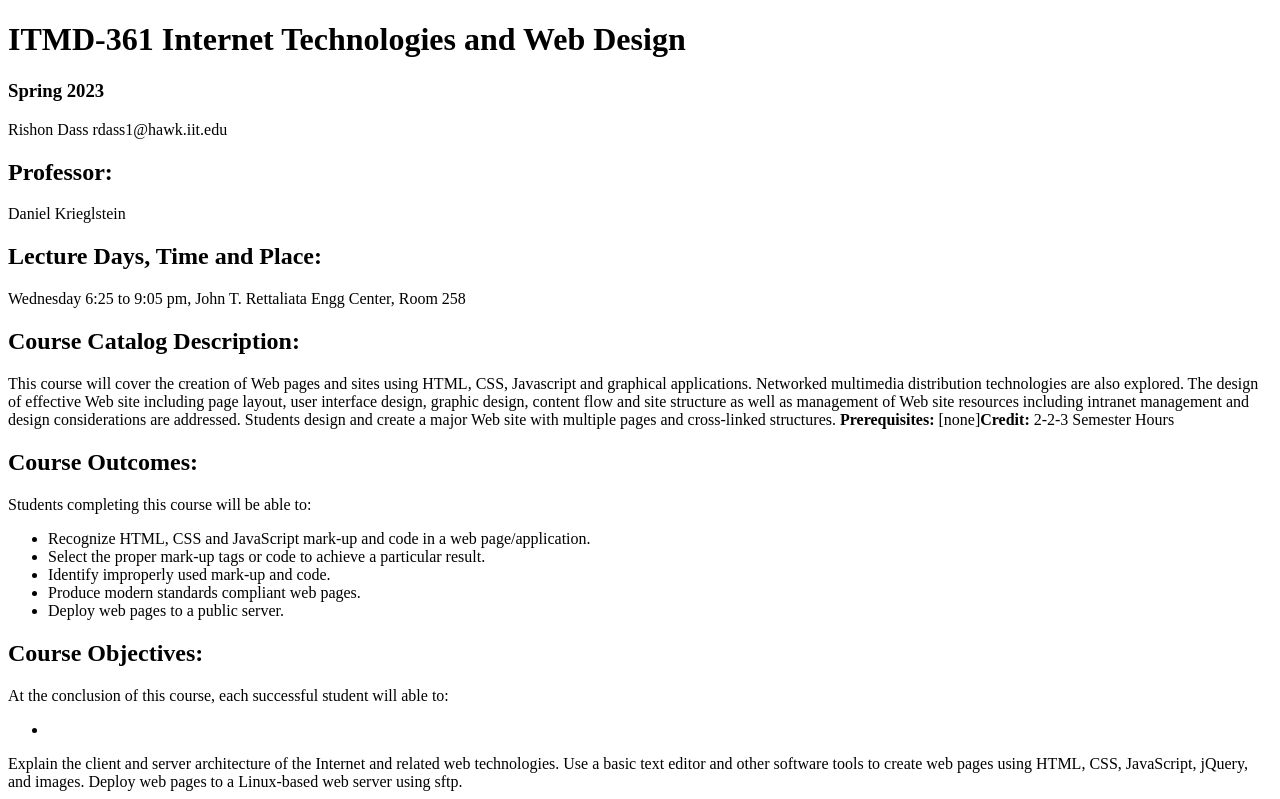
Repository: rishondass/ITMD361-Lab2
Page: lab2raw_text.html
An editor plug-in stored every save of this project. The page is shown before and after a run of saves, followed by the edit.
The browser window is 1280 px wide. The pictures show the whole page.

Above is the page before, as saved 2023-01-13 14:11:30.

### lab2raw_text.html
<!DOCTYPE html>
<html lang="en">
<head>
    <meta charset="UTF-8">
    <meta http-equiv="X-UA-Compatible" content="IE=edge">
    <meta name="viewport" content="width=device-width, initial-scale=1.0">
    <title>ITMD-361 Internet Technologies and Web Design</title>
</head>
<body>
    <h1>
        ITMD-361 Internet Technologies and Web Design
    </h1>
    <h3>
        Spring 2023
    </h3>
    <p>
        Rishon Dass rdass1@hawk.iit.edu
    </p>
    <h2>
        Professor:
    </h2>
    <p>
        Daniel Krieglstein
    </p>
    <h2>
        Lecture Days, Time and Place:
    </h2>
    <p>
        Wednesday 6:25 to 9:05 pm, John T. Rettaliata Engg Center, Room 258
    </p>
    <h2>
        Course Catalog Description:
    </h2>
    <p>
        This course will cover the creation of Web pages and sites using HTML, CSS, Javascript and graphical applications. Networked multimedia distribution technologies are also explored. The design of effective Web site including page layout, user interface design, graphic design, content flow and site structure as well as management of Web site resources including intranet management and design considerations are addressed. Students design and create a major Web site with multiple pages and cross-linked structures. <strong>Prerequisites:</strong> [none]<strong>Credit:</strong> 2-2-3 Semester Hours
    </p>
    <h2>
        Course Outcomes:
    </h2>
    <p>
        Students completing this course will be able to:
    </p>
    <ul>
        <li>Recognize HTML, CSS and JavaScript mark-up and code in a web page/application.</li>
        <li>Select the proper mark-up tags or code to achieve a particular result.</li>
        <li>Identify improperly used mark-up and code.</li>
        <li>Produce modern standards compliant web pages.</li>
        <li>Deploy web pages to a public server.</li>
    </ul>
    <h2>
        Course Objectives:
    </h2>
    <p>
        At the conclusion of this course, each successful student will able to:
    </p>
    <ul>
        <li></li>
    </ul>
</body>
</html>
















Explain the client and server architecture of the Internet and related web technologies.
Use a basic text editor and other software tools to create web pages using HTML, CSS, JavaScript, jQuery, and images.
Deploy web pages to a Linux-based web server using sftp.</li>

After the next 8 saves:
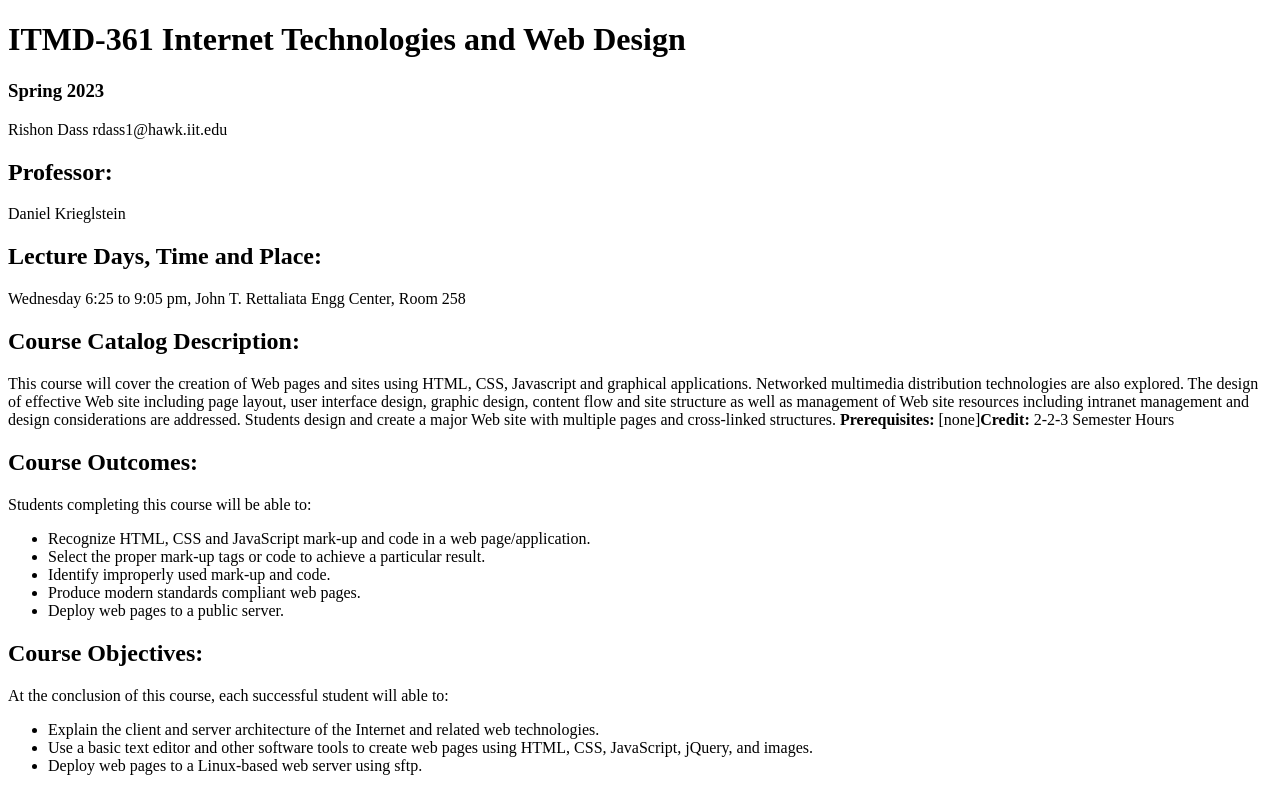
The 8 saves are shown as one change because they came seconds apart.
The last was saved 20 s later.
--- a/lab2raw_text.html
+++ b/lab2raw_text.html
@@ -54,26 +54,9 @@
         At the conclusion of this course, each successful student will able to:
     </p>
     <ul>
-        <li></li>
+        <li>Explain the client and server architecture of the Internet and related web technologies.</li>
+        <li>Use a basic text editor and other software tools to create web pages using HTML, CSS, JavaScript, jQuery, and images.</li>
+        <li>Deploy web pages to a Linux-based web server using sftp.</li>
     </ul>
 </body>
 </html>
-
-
-
-
-
-
-
-
-
-
-
-
-
-
-
-
-Explain the client and server architecture of the Internet and related web technologies.
-Use a basic text editor and other software tools to create web pages using HTML, CSS, JavaScript, jQuery, and images.
-Deploy web pages to a Linux-based web server using sftp.</li>
